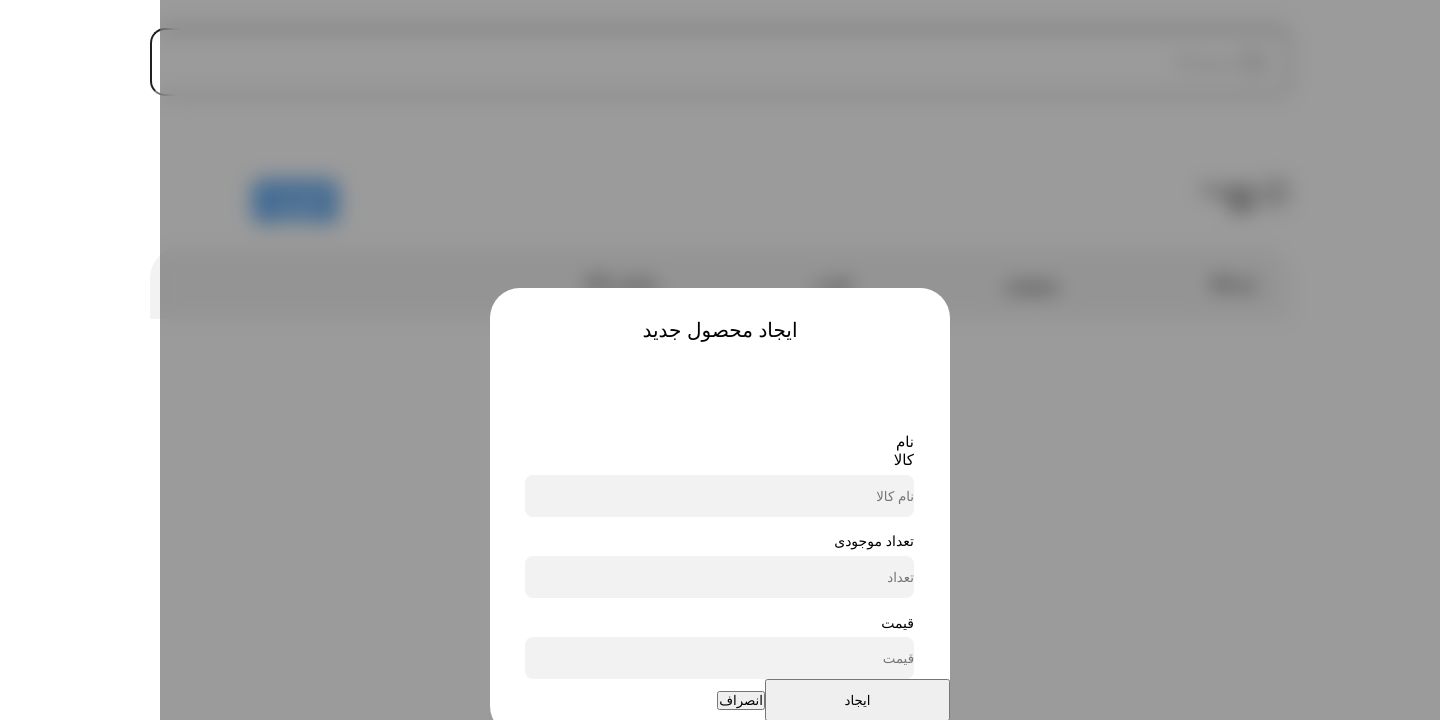
Repository: sobhan-rahimii/project-panel-admin-Next.Js
Page: /dashboard, after clicking the first element matching `button.Dashboard_7644c_addproduct`
The author's editor kept a copy of each file at every save. The page is drawn from the files as they stood at one save, then again after a run of saves.
The browser window is 1280 px wide. The page is 1440 px wide, so the pictures cover 1440 px, including what lies to the right of the window. The pictures show the whole page.
The page's requests for data from a server got no answer. The project was rebuilt for these pictures with package versions that can differ from the ones it lists, and the page was loaded fresh each time. The framework's server and built-in components were replaced by stand-ins that run in the browser. No one was signed in, and anything a server would have sent is missing. Also part of the build but not shown: next.config.mjs.

Above is the page before, as saved 2025-09-01 15:52:18.

After the next 3 saves:
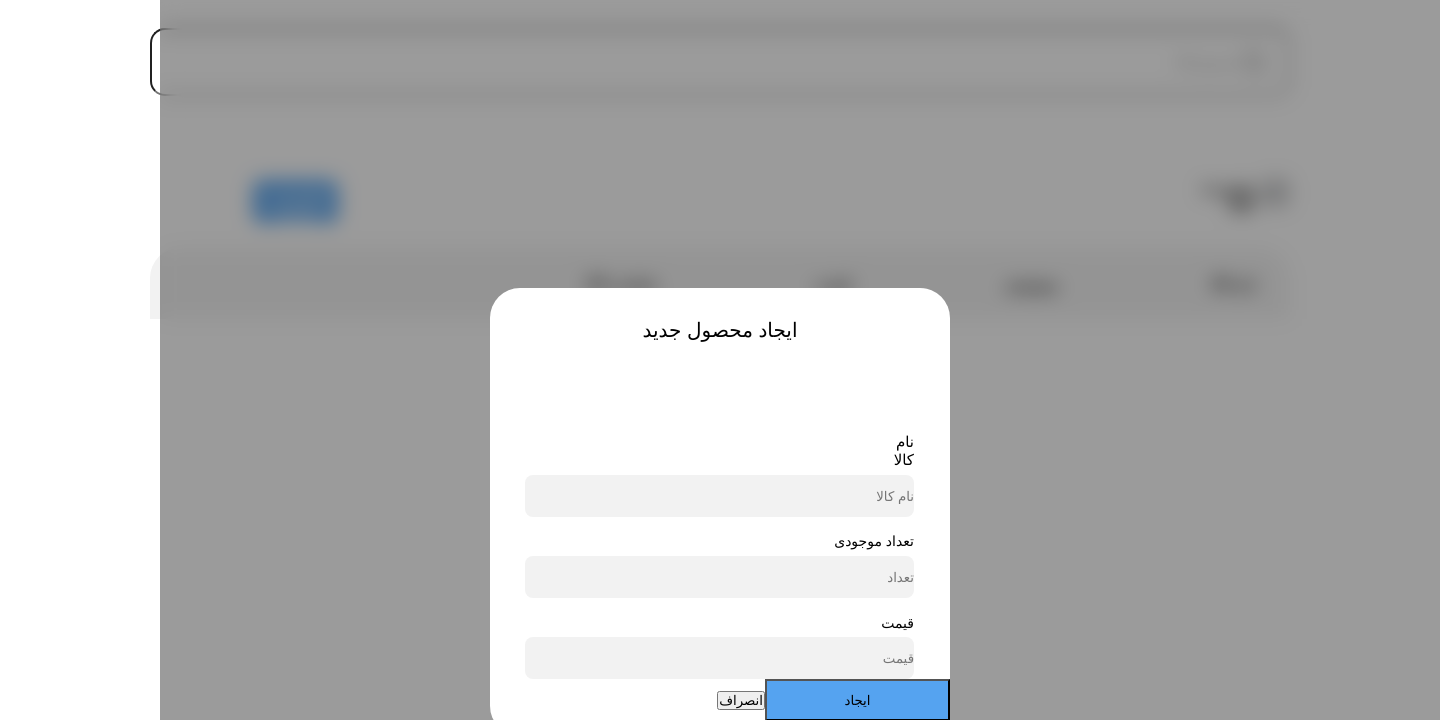
The 3 saves are shown as one change because they came seconds apart.
The last was saved 9 s later.
--- a/styles/AddProductModal.module.css
+++ b/styles/AddProductModal.module.css
@@ -95,5 +95,6 @@
 .add{
     width: 185px;
     height: 42px;
-
+    background-color: rgba(85, 163, 240, 1);
+    bo
 }
